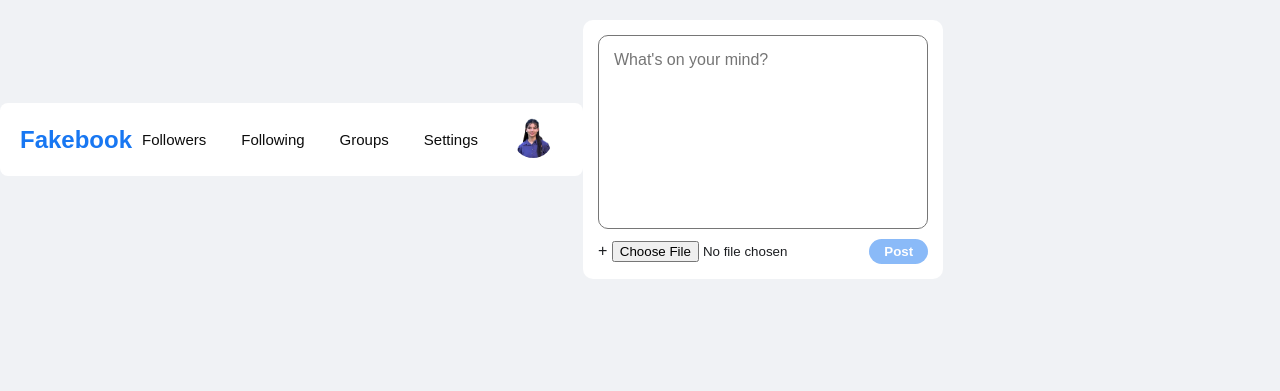
Repository: harpreetkaur2201/FAKEBOOK
Page: fakebook_profile/index.html
These files come from the project's save history. The page is drawn as it stood at one moment and after a run of saves; the edit follows.
The browser window is 1280 px wide. The pictures show the whole page.

Above is the page before, as saved 2025-11-14 19:49:00.

### fakebook_profile/index.html
<!doctype html>
<html lang="en">
<head>
  <meta charset="utf-8" />
  <meta name="viewport" content="width=device-width, initial-scale=1" />
  <title>Fakebook</title>
  <link rel="stylesheet" href="./assets/styles/style.css">
</head>
<body>
  <header>
    <div class="logo">Fakebook</div>
    <nav>
      <a href="#followers">Followers</a>
      <a href="#following">Following</a>
      <a href="#groups">Groups</a>
      <a href="#settings">Settings</a>
      <a href="#profile"><img id="headerAvatar" src="./assets/Profile pic.jpg" alt="Profile" class="avatar"></a>
    </nav>
  </header>

  <main>
    <section class="create-post">
      <form id="postForm">
        <textarea id="postText" placeholder="What's on your mind?" rows="9"></textarea>
        <div>
          <label for="imageInput">+</label>
            <input id="imageInput" type="file" accept="image/*">
          <button id="postBtn" type="submit" disabled>Post</button>
        </div>
      </form>
    </section>

    <section id="posts"></section>
  </main>

  <div id="modal" class="modal" aria-hidden="true">
    <div class="modal-content">
      <a href="#" id="closeModal">Close</a>
      <div>
        <div id="modalAvatar"></div>
        <h2 id="modalName">Your Name</h2>
        <p id="modalBio">Your bio will appear here.</p>
      </div>
    </div>
  </div>
    <script type="module" src="./assets/script/script.js"></script>
</body>
</html>

### fakebook_profile/assets/styles/style.css
* {
  padding: 0;
  margin: 0;
  box-sizing: border-box;
  font-family: Arial, sans-serif;
}

body {
  background: #f0f2f5;
  color: #1c1e21;
  display: flex;
  align-items: center;
}

.container {
  max-width: 700px;
  margin: 20px auto;
  padding: 0 15px;
}

header {
  display: flex;
  justify-content: space-between;
  align-items: center;
  background: white;
  padding: 10px 20px;
  border-radius: 8px;
  color: #1877f2;
}

header .logo {
  font-size: 1.5rem;
  font-weight: bold;
}

header nav {
  display: flex;
  align-items: center;
  gap: 15px;
}

header nav a {
  text-decoration: none;
  color: #0c0c0c;
  font-size: 15px;
  padding: 5px 10px;
  border-radius: 6px;
  transition: background 0.2s;
}

header nav a:hover {
  background: #e4e6eb;
}

header nav img.avatar {
  width: 40px;
  height: 40px;
  border-radius: 50%;
  object-fit: cover;
}

.create-post form {
  display: flex;
  flex-direction: column;
  gap: 10px;
  background: white;
  padding: 15px;
  margin-top: 20px;
  border-radius: 10px;
}

#create-post textarea,
.create-post textarea {
  width: 100%;
  min-height: 120px;
  padding: 15px;
  border-radius: 10px;
  font-size: 16px;
  resize: none;
}

.controls {
  display: flex;
  align-items: center;
  gap: 10px;
}

.file-label {
  background: #e4e6eb;
  padding: 5px 8px;
  border-radius: 8px;
  cursor: pointer;
}

.controls input[type="file"] {
  display: none;
}

#postBtn {
  padding: 5px 15px;
  border-radius: 20px;
  background: #1877f2;
  color: white;
  font-weight: bold;
  cursor: pointer;
  border: none;
}

#postBtn:disabled {
  opacity: 0.5;
  cursor: not-allowed;
}

.posts {
  margin-top: 20px;
  display: flex;
  flex-direction: column;
  gap: 15px;
}

.post {
  background: white;
  padding: 10px;
  border-radius: 10px;
}

.post-header {
  display: flex;
  align-items: center;
  gap: 10px;
  margin-bottom: 8px;
}

.post-header .avatar {
  width: 35px;
  height: 35px;
  border-radius: 50%;
  background: #ccc;
  display: flex;
  align-items: center;
  justify-content: center;
  color: white;
  font-weight: bold;
}

.post-body img {
  max-width: 100%;
  margin-top: 8px;
  border-radius: 8px;
}

.modal {
  position: fixed;
  inset: 0;
  background: rgba(0, 0, 0, 0.5);
  display: flex;
  justify-content: center;
  align-items: center;
  opacity: 0;
  pointer-events: none;
  transition: opacity 0.3s ease;
  z-index: 1000;
}

.modal[aria-hidden="false"] {
  opacity: 1;
  pointer-events: auto;
}

.modal-content {
  background: white;
  padding: 20px;
  border-radius: 12px;
  max-width: 400px;
  width: 90%;
  position: relative;
  box-shadow: 0 4px 10px rgba(0, 0, 0, 0.2);
  text-align: center;
}

.modal-content #closeModal {
  position: absolute;
  top: 10px;
  right: 15px;
  font-size: 1.2rem;
  text-decoration: none;
  color: #333;
}

.account-view h2 {
  margin: 10px 0 5px 0;
  font-size: 1.2rem;
}

.account-view .bio-text {
  font-size: 14px;
  color: #2d2626;
  margin-bottom: 10px;
}

.modal-avatar img {
  width: 60px;
  height: 60px;
  border-radius: 50%;
  object-fit: cover;
}

.account-view div a {
  display: inline-block;
  flex: 1;
  margin: 5px 3px;
  padding: 6px;
  border-radius: 8px;
  background: #e4e6eb;
  font-weight: 500;
  text-decoration: none;
  color: #000;
  transition: background 0.2s;
}

.account-view div a:hover {
  background: #d8dadf;
}

### fakebook_profile/assets/script/script.js
// assets/script/script.js  (make sure index.html uses this file path with type="module")
import { User } from './user.js';
import { Subscriber } from './subscriber.js';

document.addEventListener('DOMContentLoaded', () => {
  // DOM
  const postForm = document.getElementById('postForm');
  const postText = document.getElementById('postText');
  const imageInput = document.getElementById('imageInput');
  const postBtn = document.getElementById('postBtn');
  const postsContainer = document.getElementById('posts');

  const headerAvatar = document.getElementById('headerAvatar');
  const modal = document.getElementById('modal');
  const closeModalBtn = document.getElementById('closeModal');
  const modalName = document.getElementById('modalName');
  const modalBio = document.getElementById('modalBio');
  const modalAvatar = document.getElementById('modalAvatar');

  // Create Subscriber with all required properties (manually provided)
  const account = new Subscriber(
    101,                                  // id
    "Harpreet Kaur",                      // name
    "harpreet123",                        // userName
    "harpreet@example.com",               // email
    ["Food Lovers", "Travel Diaries"],    // pages (array)
    ["Winnipeg Students", "Punjabi Group"], // groups (array)
    true                                  // canMonetize (boolean)
  );

  // UI-only profile (bio + profile pic) — NOT part of the User required fields
  const accountProfile = {
    bio: "Hi! I love food and travel.",
    profilePic: "./assets/Profile pic.jpg"
  };

  // Post class uses account.getInfo() for header name
  class Post {
    constructor(userInfo, profile, text, image) {
      this.userInfo = userInfo; // object from getInfo()
      this.profile = profile;   // UI fields
      this.text = text;
      this.image = image;
      this.time = new Date();
    }

    render() {
      const postDiv = document.createElement('div');
      postDiv.className = 'post';

      // Header: avatar, name, time
      const headerDiv = document.createElement('div');
      headerDiv.className = 'post-header';

      const avatarDiv = document.createElement('div');
      avatarDiv.className = 'avatar';
      if (this.profile.profilePic) {
        avatarDiv.style.backgroundImage = `url(${this.profile.profilePic})`;
        avatarDiv.style.backgroundSize = 'cover';
        avatarDiv.style.backgroundPosition = 'center';
      } else {
        avatarDiv.textContent = this.userInfo.name.charAt(0);
      }

      const nameDiv = document.createElement('div');
      const nameEl = document.createElement('div');
      nameEl.textContent = this.userInfo.name;

      const timeEl = document.createElement('div');
      timeEl.className = 'post-meta';
      timeEl.textContent = this.time.toLocaleString();

      nameDiv.appendChild(nameEl);
      nameDiv.appendChild(timeEl);
      headerDiv.appendChild(avatarDiv);
      headerDiv.appendChild(nameDiv);

      // Body
      const bodyDiv = document.createElement('div');
      bodyDiv.className = 'post-body';
      if (this.text && this.text.trim() !== '') {
        const textP = document.createElement('p');
        textP.textContent = this.text;
        textP.style.textAlign = 'center';
        bodyDiv.appendChild(textP);
      }
      if (this.image) {
        const img = document.createElement('img');
        img.src = this.image;
        img.alt = 'Posted image';
        bodyDiv.appendChild(img);
      }

      postDiv.appendChild(headerDiv);
      postDiv.appendChild(bodyDiv);
      return postDiv;
    }
  }

  const posts = [];

  // Toggle Post button: require text OR image
  function togglePostBtn() {
    postBtn.disabled = postText.value.trim() === '' && imageInput.files.length === 0;
  }

  postText.addEventListener('input', togglePostBtn);
  imageInput.addEventListener('change', togglePostBtn);

  // Submit
  postForm.addEventListener('submit', (e) => {
    e.preventDefault();
    if (imageInput.files[0]) {
      const reader = new FileReader();
      reader.onload = () => createPost(reader.result);
      reader.readAsDataURL(imageInput.files[0]);
    } else {
      createPost(null);
    }
  });

  function createPost(imageData) {
    const userInfo = account.getInfo(); // Subscriber.getInfo() calls super.getInfo()
    const newPost = new Post(userInfo, accountProfile, postText.value, imageData);
    posts.unshift(newPost);
    renderPosts();
    postForm.reset();
    togglePostBtn();
  }

  function renderPosts() {
    postsContainer.innerHTML = '';
    posts.forEach(p => {
      if (p.text || p.image) postsContainer.appendChild(p.render());
    });
  }

  // Modal logic — USE getInfo() to populate
  headerAvatar.addEventListener('click', () => {
    const info = account.getInfo();  // <-- must come from getInfo()
    modalName.textContent = info.name;
    modalBio.textContent = accountProfile.bio || '';
    modalAvatar.innerHTML = '';
    if (accountProfile.profilePic) {
      const img = document.createElement('img');
      img.src = accountProfile.profilePic;
      img.alt = info.name;
      modalAvatar.appendChild(img);
    }

    // OPTIONAL: show subscriber details inside modal too (pages/groups)
    // Example: append below bio:
    const extra = document.createElement('div');
    extra.innerHTML = `<small>Pages: ${info.pages.join(', ') || '—'}</small><br>
                       <small>Groups: ${info.groups.join(', ') || '—'}</small><br>
                       <small>Can monetize: ${info.canMonetize}</small>`;
    modalAvatar.parentElement.appendChild(extra);

    modal.setAttribute('aria-hidden', 'false');
  });

  closeModalBtn.addEventListener('click', () => {
    modal.setAttribute('aria-hidden', 'true');
    // remove appended extra if present (clean)
    const parent = modalAvatar.parentElement;
    if (parent.lastElementChild && parent.lastElementChild.tagName === 'DIV' &&
        parent.lastElementChild.innerHTML.includes('Can monetize')) {
      parent.removeChild(parent.lastElementChild);
    }
  });

  modal.addEventListener('click', (e) => { if (e.target === modal) modal.setAttribute('aria-hidden', 'true'); });

  // initial
  togglePostBtn();
}); // end DOMContentLoaded

### fakebook_profile/assets/script/user.js
'use strict';

// user.js
export class User {
  #id;
  #name;
  #userName;
  #email;

  constructor(id, name, userName, email) {
    this.#id = id;
    this.#name = name;
    this.#userName = userName;
    this.#email = email;
  }

  getInfo() {
    return {
      id: this.#id,
      name: this.#name,
      userName: this.#userName,
      email: this.#email
    };
  }
}

### fakebook_profile/assets/script/subscriber.js
'use strict';
// subscriber.js
import { User } from './user.js';

export class Subscriber extends User {
  #pages;
  #groups;
  #canMonetize;

  constructor(id, name, userName, email, pages = [], groups = [], canMonetize = false) {
    super(id, name, userName, email);
    this.#pages = pages;
    this.#groups = groups;
    this.#canMonetize = canMonetize;
  }

  getInfo() {
    return {
      ...super.getInfo(),
      pages: this.#pages,
      groups: this.#groups,
      canMonetize: this.#canMonetize
    };
  }
}

After the next 2 saves:
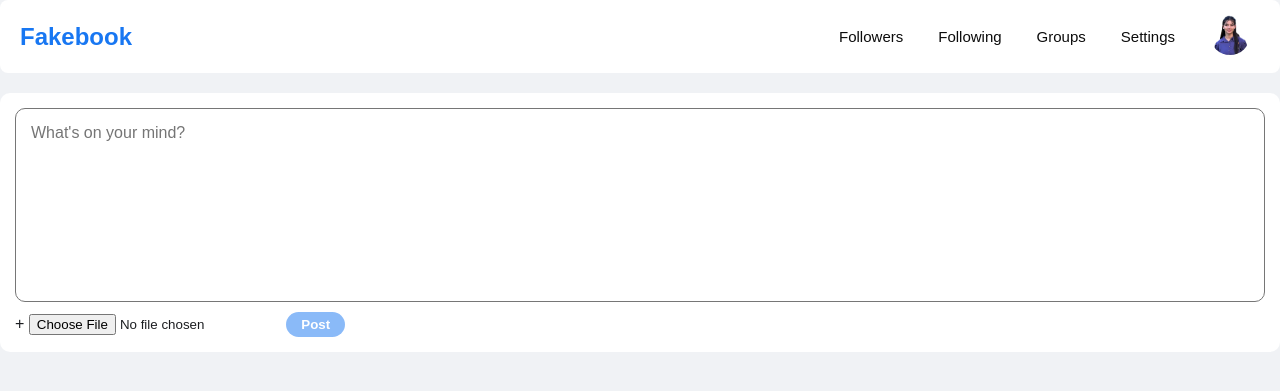
The 2 saves are shown as one change because they came seconds apart.
The last was saved 7 s later.
--- a/fakebook_profile/assets/styles/style.css
+++ b/fakebook_profile/assets/styles/style.css
@@ -9,7 +9,7 @@ body {
   background: #f0f2f5;
   color: #1c1e21;
   display: flex;
-  align-items: center;
+  flex-direction: column;
 }
 
 .container {
